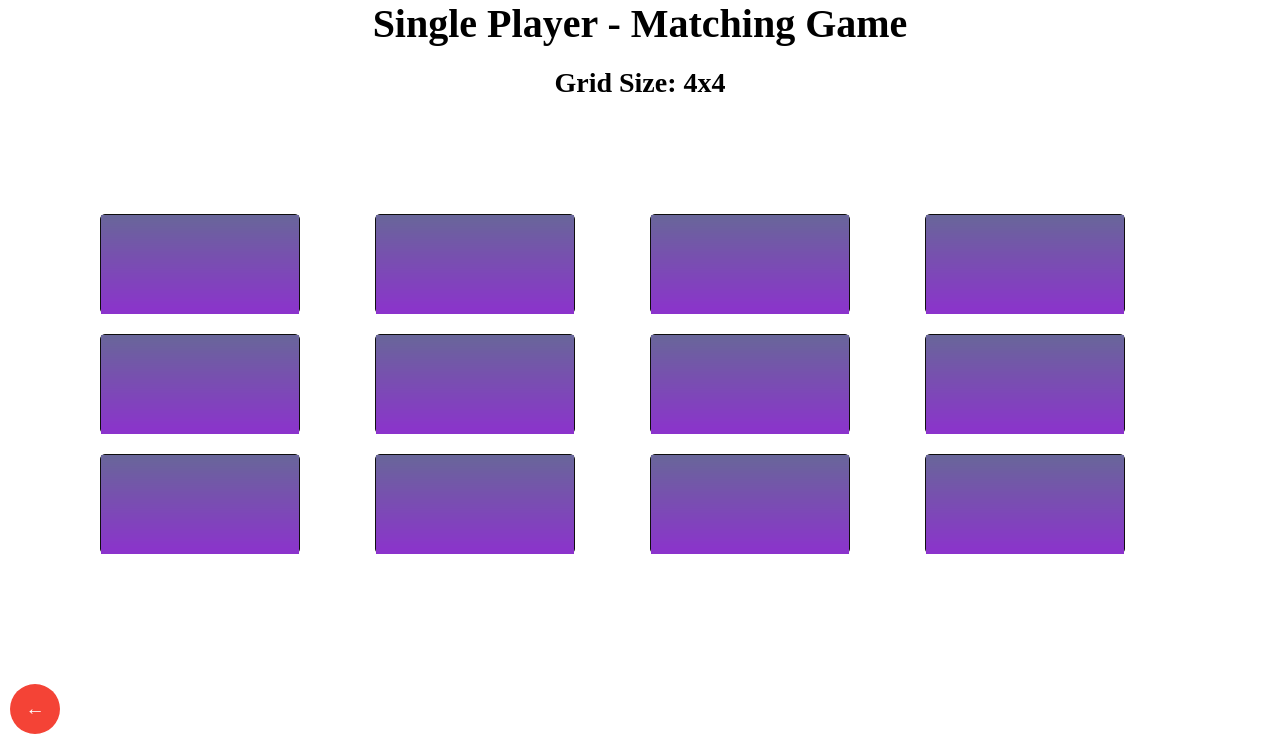
Repository: parnelltse/frontend2-courseproject
Page: /multigame
These files come from the project's save history. The page is drawn as it stood at one moment and after the next save; the edit follows.
The browser window is 1280 px wide. The pictures show the whole page.
The project was rebuilt for these pictures with package versions that can differ from the ones it lists, and the page was loaded fresh each time. Also part of the build but not shown: vite.config.js, src/pages/landing.jsx, src/pages/home.jsx, src/pages/gameoptions.jsx, src/pages/appsettings.jsx, src/pages/profilesettings.jsx, src/pages/gamehistory.jsx, src/pages/singleplayer.jsx and 4 more.

Above is the page before, as saved 2024-11-17 00:58:14.

### src/App.jsx
import React, { useState } from 'react';
import { BrowserRouter as Router, Routes, Route } from 'react-router-dom';
import { Landing } from './pages/landing';
import Home from './pages/home';
import Gameoptions from './pages/gameoptions';
import AppSettings from './pages/appsettings';
import ProfileSettings from './pages/profilesettings';
import GameHistory from './pages/gamehistory'; // Import GameHistory
import SinglePlayer from './pages/singleplayer';
import MultiPlayer from './pages/multiplayer';
import ResumeGame from './pages/resumegame';
import SingleGame from './pages/singlegame';
import MultiGame from './pages/multigame';

function App() {
  const [scores, setScores] = useState([
    { date: '2024-10-19', score: 85, gameMode: 'Single Player' },
    { date: '2024-10-18', score: 90, gameMode: 'Multiplayer' },
    { date: '2024-10-17', score: 75, gameMode: 'Single Player' },
  ]);

  return (
    <Router>
      <Routes>
        <Route path="/" element={<Landing />} />
        <Route path="/home" element={<Home />} />
        <Route path="/gameoptions" element={<Gameoptions />} />
        <Route path="/appsettings" element={<AppSettings />} />
        <Route path="/profilesettings" element={<ProfileSettings />} />
        <Route path="/gamehistory" element={<GameHistory scores={scores} />} /> {/* Pass scores as prop */}
        <Route path="/singleplayer" element={<SinglePlayer />} />
        <Route path="/multiplayer" element={<MultiPlayer />} />
        <Route path="/resumegame" element={<ResumeGame />} />
        <Route path="/singlegame" element={<SingleGame />} />
        <Route path="/multigame" element={<MultiGame />} />
      </Routes>
    </Router>
  );
}

export default App;

### src/pages/multigame.jsx
import React, { useState, useEffect } from "react";
import { useLocation } from "react-router-dom";
import BackButton from "../components/BackButton";
import "../App.css";

const cardImages = [
  "/card-1.png",
  "/card-2.png",
  "/card-3.png",
  "/card-4.png",
  "/card-5.png",
  "/card-6.png",
];

export default function MultiGame() {
	const location = useLocation();
	const { gridSize } = location.state || { gridSize: 4 }; // Default to 4x4

	const totalCards = gridSize * gridSize;

	const [cards, setCards] = useState([]);
	const [flippedCards, setFlippedCards] = useState([]);
	const [gameEnded, setGameEnded] = useState(false);

	useEffect(() => {
	  initializeGame();
	}, [gridSize]);

	const initializeGame = () => {
	  const totalPairs = totalCards / 2;
	  const selectedImages = cardImages.slice(0, totalPairs); // Get unique pairs
	  const shuffledCards = shuffleCards([...selectedImages, ...selectedImages]);

	  setCards(
		shuffledCards.map((image, index) => ({
		  id: index,
		  image,
		  flipped: false,
		  matched: false,
		}))
	  );
	  setFlippedCards([]);
	  setGameEnded(false);
	};

	const shuffleCards = (cards) => {
	  return cards.sort(() => Math.random() - 0.5);
	};

	const handleCardClick = (cardId) => {
	  if (flippedCards.length === 2 || cards.find((card) => card.id === cardId).matched) return;

	  const updatedCards = cards.map((card) =>
		card.id === cardId ? { ...card, flipped: true } : card
	  );
	  setCards(updatedCards);
	  setFlippedCards((prev) => [...prev, cardId]);

	  if (flippedCards.length === 1) {
		const firstCard = cards.find((card) => card.id === flippedCards[0]);
		const secondCard = cards.find((card) => card.id === cardId);

		if (firstCard.image === secondCard.image) {
		  // Match found
		  setTimeout(() => {
			setCards((prev) =>
			  prev.map((card) =>
				card.id === firstCard.id || card.id === secondCard.id
				  ? { ...card, matched: true }
				  : card
			  )
			);
			setFlippedCards([]);
		  }, 500); // Delay to show match
		} else {
		  // No match
		  setTimeout(() => {
			setCards((prev) =>
			  prev.map((card) =>
				card.id === firstCard.id || card.id === secondCard.id
				  ? { ...card, flipped: false }
				  : card
			  )
			);
			setFlippedCards([]);
		  }, 1000); // Delay to flip back
		}
	  }
	};

	useEffect(() => {
	  if (cards.length > 0 && cards.every((card) => card.matched)) {
		setGameEnded(true);
	  }
	}, [cards]);


	return (
		<div className="single-game-container">
      <h1>Single Player - Matching Game</h1>
      <h2>Grid Size: {gridSize}x{gridSize}</h2>

      {gameEnded ? (
        <div>
          <h2>Congratulations! You've matched all the cards!</h2>
          <div className="game-controls">
		  	<BackButton />
			<button onClick={initializeGame}>Play Again</button>
		  </div>
        </div>
      ) : (
		<div>
			<div
			className="game-grid"
			style={{
				gridTemplateColumns: `repeat(${gridSize}, 1fr)`,
				gridTemplateRows: `repeat(${gridSize}, 1fr)`,
			}}
			>
			{cards.map((card) =>
				card.matched ? null : (
				<div
					key={card.id}
					className="game-item"
					onClick={() => handleCardClick(card.id)}
				>
					<img
					src={card.flipped ? card.image : "/back.png"}
					alt="Card"
					className="card-image"
					/>
				</div>
				)
			)}
			</div>
			<BackButton />
		</div>
      )}
    </div>
	);
}

### src/App.css
/* General Reset */
* {
	margin: 0;
	padding: 0;
	box-sizing: border-box;
}

/* Home page */
.container {
	align-items: center; /* Center the items horizontally */
	justify-content: center; /* Center the items vertically */
	min-height: 100vh; /* Full viewport height */
	background-color: #e3f2fd; /* Light blue background color */
	padding: 20px; /* Padding around content */
	padding-top: 15vh;
}

header {
	text-align: center;
	margin-bottom: 40px; /* Space below header */
	margin: auto;
}

button {
	background-color: #1e88e5; /* Button background color */
	color: white; /* White text color */
	border: none; /* Remove border */
	border-radius: 5px; /* Rounded corners */
	padding: 10px; /* Padding for buttons */
	cursor: pointer; /* Pointer cursor */
	transition: background-color 0.3s; /* Smooth background transition */
	width: 200px; /* Fixed width for all buttons */
	height: 50px; /* Fixed height for all buttons */
	font-size: 1rem; /* Font size for button text */
	margin: 10px; /* Space between buttons */
}

button:hover {
	background-color: #1565c0; /* Darker button color on hover */
}

.button-container {
	display: flex; /* Use flexbox for button alignment */
	flex-direction: column; /* Stack buttons vertically */
	align-items: center; /* Center buttons horizontally */
}

.title {
	font-size: 2.5rem; /* Title font size */
	text-align: center; /* Center the title text */
	margin-bottom: 20px; /* Space below title */
}

.profile-button {
	background-color: #6200ea; /* Primary color */
	color: white; /* White text */
	border: none; /* Remove border */
	border-radius: 5px; /* Rounded corners */
	padding: 10px 20px; /* Button padding */
	font-size: 24px; /* Font size */
	cursor: pointer; /* Pointer cursor on hover */
	transition: background-color 0.3s; /* Smooth background transition */
	width: 200px; /* Ensure the width matches other buttons */
	height: 50px; /* Ensure the height matches other buttons */
	margin-top: 100px;
}

.profile-button:hover {
	background-color: #3700b3; /* Darker shade on hover */
}

.button-container {
	display: flex;
	gap: 20px; /* Space between buttons */
}

.play-button,
.settings-button {
	background-color: #03dac6; /* Secondary color */
	border: none;
	border-radius: 5px;
	padding: 15px 25px; /* Button padding */
	font-size: 1.5rem; /* Font size */
	cursor: pointer; /* Pointer cursor on hover */
	transition: background-color 0.3s; /* Smooth background transition */
	align-items: center;
	text-align: center;
}

.play-button {
	color: rgb(74, 96, 86); /* darker text */
}

.settings-button {
	color: white; /* white text */
}

.play-button:hover {
	background-color: #018786; /* Darker shade on hover */
	color: white; /* white text */

}

.settings-button {
	background-color: #ff5722; /* Different color for settings */
}

.settings-button:hover {
	background-color: #c41c00; /* Darker shade on hover */
}

/* Typography */
h1 {
	font-size: 2.5rem;
	text-align: center;
	margin-bottom: 20px;
}

h2 {
	font-size: 1.75rem;
	text-align: center;
	margin-bottom: 15px;
}

/* Button Styles */
button {
	background-color: #6200ea;
	color: white;
	padding: 10px 20px;
	border: none;
	border-radius: 5px;
	cursor: pointer;
	margin: 10px;
	transition: background-color 0.3s ease;
}

button:hover {
	background-color: #3700b3;
}

/* Form Input Styles */
input[type="text"],
input[type="password"],
input[type="number"] {
	width: 100%;
	padding: 10px;
	margin: 10px 0;
	box-sizing: border-box;
	border: 2px solid #ccc;
	border-radius: 4px;
}

form {
	max-width: 400px;
	margin: 20px auto;
	display: flex;
	flex-direction: column;
}

/* Back Button */
button.back-btn {
	background-color: #f44336;
	color: white;
	border-radius: 50%;
	width: 50px;
	height: 50px;
	display: flex;
	justify-content: center;
	align-items: center;
	font-size: 1.2rem;
}

button.back-btn:hover {
	background-color: #e53935;
}

/* App Settings */
.app-settings {
	display: flex;
	flex-direction: column;
	justify-content: center;
	align-items: center;
	padding: 20px;
	text-align: center;
	min-height: 100vh;
	padding-top: 20vh;
}

.setting-bottons {
	display: flex;
	justify-content: center;
	flex-direction: column;
	margin: auto;
	align-items: center;
}

.theme-toggle {
	background-color: #333;
	color: white;
	padding: 10px;
	border-radius: 5px;
	cursor: pointer;
}

.theme-toggle:hover {
	background-color: #555;
}

/* Game Options */
.game-options {
	display: flex;
	flex-direction: column;
	align-items: center;
	margin: 20px;
}

button.grid-size {
	background-color: #2196f3;
	margin: 5px;
}

button.grid-size:hover {
	background-color: #1976d2;
}

/* single and multiplayer pages */
img {
	max-width: 100%;
	height: auto;
	display: block;
	margin: 0 auto;
}

.game-grid {
	display: grid;
	justify-content: center; /* Center the grid */
	gap: 20px; /* Space between cards */
	padding: 100px 100px 0 100px;
	grid-template-columns: repeat(auto-fit, minmax(100px, 1fr)); /* Auto-adjust columns */
  }

.game-item {
	background-color: #c5d9e8; /* Background color for game items */
	border: 1px solid #100f0f; /* Border for each game item */
	border-radius: 5px; /* Rounded corners */
	display: flex; /* Center content */
	align-items: center; /* Center content vertically */
	justify-content: center; /* Center content horizontally */
	height: 100px; /* Fixed height for game items */
	width: 200px;
	font-size: 1.2em; /* Font size for game item text */
}

/* history page */

.history-container {
	display: flex;
	flex-direction: column;
	align-items: center;
	justify-content: center;
	min-height: 100vh; /* Full viewport height */
	background-color: #f9f9f9; /* Light background color */
	padding: 20px; /* Padding around content */
}

.history-title {
	font-size: 2.5rem; /* Title font size */
	color: #333; /* Darker text color */
	margin-bottom: 10px; /* Space below title */
}

.history-description {
	font-size: 1.2rem; /* Description font size */
	color: #666; /* Slightly lighter text color */
	text-align: center; /* Center-align description */
	margin-bottom: 30px; /* Space below description */
}

.score-table {
	width: 100%;
	max-width: 600px; /* Max width for the table */
	margin: 0 auto; /* Center the table */
	background-color: white; /* White background for the table */
	border-radius: 8px; /* Rounded corners */
	box-shadow: 0 4px 8px rgba(0, 0, 0, 0.1); /* Subtle shadow */
	overflow: hidden; /* Ensure rounded corners apply */
}

table {
	width: 100%; /* Full width of the table */
	border-collapse: collapse; /* Remove space between table cells */
}

th,
td {
	padding: 15px; /* Cell padding */
	text-align: left; /* Align text to the left */
	border-bottom: 1px solid #e0e0e0; /* Bottom border for rows */
}

th {
	background-color: #6200ea; /* Header background color */
	color: white; /* White text for header */
}

tr:hover {
	background-color: #f1f1f1; /* Highlight row on hover */
}

.back-button {
	margin-top: 20px; /* Space above the back button */
}

/* profile settings page*/

.profile-settings-container {
	display: flex;
	flex-direction: column;
	align-items: center;
	justify-content: center;
	min-height: 100vh; /* Full viewport height */
	background-color: #f9f9f9; /* Light background color */
	padding: 20px; /* Padding around content */
}

.profile-settings-title {
	font-size: 2.5rem; /* Title font size */
	color: #333; /* Darker text color */
	margin-bottom: 20px; /* Space below title */
}

.submitted-username {
	font-size: 1.5rem; /* Font size for submitted username */
	color: #6200ea; /* Color for submitted username */
	margin-bottom: 20px; /* Space below username display */
}

.profile-settings-form {
	display: flex;
	flex-direction: column;
	align-items: center; /* Center align the form elements */
	margin-bottom: 20px; /* Space below the form */
}

.username-input {
	padding: 10px; /* Padding for input */
	font-size: 1rem; /* Font size for input */
	border: 1px solid #ccc; /* Border for input */
	border-radius: 4px; /* Rounded corners */
	margin-bottom: 10px; /* Space below input */
	width: 100%; /* Full width */
	max-width: 300px; /* Max width for input */
}

.save-button {
	padding: 10px 20px; /* Padding for button */
	background-color: #6200ea; /* Button background color */
	color: white; /* Button text color */
	border: none; /* Remove border */
	border-radius: 4px; /* Rounded corners */
	cursor: pointer; /* Pointer cursor on hover */
	font-size: 1rem; /* Font size for button */
}

.save-button:hover {
	background-color: #3700b3; /* Darker button color on hover */
}

.navigation-buttons {
	display: flex;
	gap: 10px; /* Space between navigation buttons */
}

.scores-button {
	padding: 10px 20px; /* Padding for button */
	background-color: #03dac6; /* Button background color */
	color: white; /* Button text color */
	border: none; /* Remove border */
	border-radius: 4px; /* Rounded corners */
	cursor: pointer; /* Pointer cursor on hover */
	font-size: 1rem; /* Font size for button */
}

.scores-button:hover {
	background-color: #018786; /* Darker button color on hover */
}

/* game options page */

.game-options-container {
	display: flex;
	flex-direction: column;
	align-items: center;
	justify-content: center;
	min-height: 100vh; /* Full viewport height */
	background-color: #f0f4f8; /* Light background color */
	padding: 20px; /* Padding around content */
}

.game-options-title {
	font-size: 2.5rem; /* Title font size */
	color: #333; /* Darker text color */
	margin-bottom: 40px; /* Space below title */
}

.game-options-buttons {
	display: flex;
	flex-direction: column; /* Arrange buttons vertically */
	gap: 15px; /* Space between buttons */
}

.game-option-button {
	padding: 15px 30px; /* Padding for buttons */
	font-size: 1.2rem; /* Font size for buttons */
	background-color: #6200ea; /* Button background color */
	color: white; /* Button text color */
	border: none; /* Remove border */
	border-radius: 5px; /* Rounded corners */
	cursor: pointer; /* Pointer cursor on hover */
	transition: background-color 0.3s; /* Smooth background transition */
	width: 100%; /* Full width */
	max-width: 300px; /* Max width for buttons */
}

.game-option-button:hover {
	background-color: #3700b3; /* Darker button color on hover */
}

/* create account page */

.create-container {
	display: flex;
	flex-direction: column;
	align-items: center;
	justify-content: center;
	min-height: 100vh; /* Full viewport height */
	background-color: #f0f4f8; /* Light background color */
	padding: 20px; /* Padding around content */
}

.create-header {
	text-align: center; /* Center header text */
	margin-bottom: 40px; /* Space below header */
}

.create-header h1 {
	font-size: 2.5rem; /* Title font size */
	color: #000000; /* Primary color for title */
}

.create-header h2 {
	font-size: 1.5rem; /* Subtitle font size */
	color: #333; /* Darker color for subtitle */
	margin-top: 10px; /* Space above subtitle */
}

.create-container > * {
	margin: 10px 0; /* Space between elements */
}

.back-button {
	margin-top: 20px; /* Space above back button */
	background-color: #6200ea; /* Match primary color */
	color: white; /* White text color */
	border: none; /* Remove border */
	border-radius: 5px; /* Rounded corners */
	padding: 10px 20px; /* Padding for button */
	cursor: pointer; /* Pointer cursor */
	transition: background-color 0.3s; /* Smooth background transition */
}

.back-button:hover {
	background-color: #3700b3; /* Darker button color on hover */
}

/* login page */
.login-container {
	align-items: flex-start;
	justify-content: center;
	min-height: 100vh; /* Full viewport height */
	background-color: #ede3fd; /* Light blue background color */
	padding-top: 20vh;
}

.login-header {
	text-align: center; /* Center header text */
	margin-bottom: 40px; /* Space below header */
}

.login-header h1 {
	font-size: 2.5rem; /* Title font size */
	color: #3700b3; /* Primary color for title */
}

.login-header h2 {
	font-size: 1.5rem; /* Subtitle font size */
	color: #424242; /* Darker color for subtitle */
	margin-top: 10px; /* Space above subtitle */
}

.account-form {
	width: 100%; /* Full width for the form */
	max-width: 400px; /* Maximum width for the form */
	background-color: white; /* White background for form */
	border-radius: 8px; /* Rounded corners */
	box-shadow: 0 2px 10px rgba(0, 0, 0, 0.1); /* Subtle shadow */
	padding: 20px; /* Padding inside the form */
}

button {
	background-color: #6200ea; /* Match primary color */
	color: white; /* White text color */
	border: none; /* Remove border */
	border-radius: 5px; /* Rounded corners */
	padding: 10px 20px; /* Padding for button */
	cursor: pointer; /* Pointer cursor */
	transition: background-color 0.3s; /* Smooth background transition */
}

button:hover {
	background-color: #3700b3; /* Darker button color on hover */
}

.account-form input {
	margin: 10px 0; /* Space between inputs */
	padding: 10px; /* Padding for inputs */
	border: 1px solid #ccc; /* Light border for inputs */
	border-radius: 5px; /* Rounded corners for inputs */
	width: 100%; /* Full width for inputs */
}

### src/components/BackButton.jsx
import React from "react";
import { useNavigate } from "react-router-dom";

export default function BackButton() {
	const navigate = useNavigate();

	return (
		<button className="back-btn" onClick={() => navigate(-1)}>
			&#x2190;
		</button>
	);
}

Loaded but not shown: index.html (common file); src/main.jsx (common file)

After the next save:
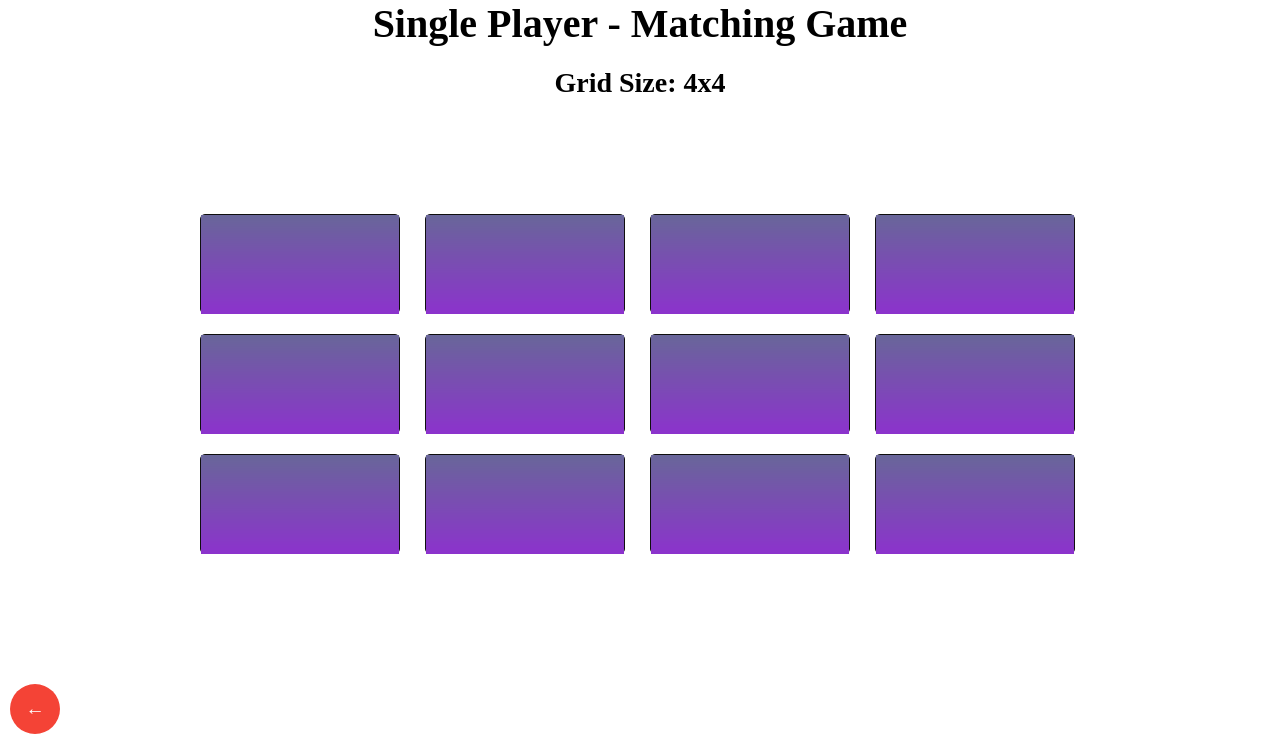
Saved 10 s later.
--- a/src/App.css
+++ b/src/App.css
@@ -235,7 +235,7 @@
 	display: grid;
 	justify-content: center; /* Center the grid */
 	gap: 20px; /* Space between cards */
-	padding: 100px 100px 0 100px;
+	padding: 100px 200px 0 200px;
 	grid-template-columns: repeat(auto-fit, minmax(100px, 1fr)); /* Auto-adjust columns */
   }
 

After the save that followed:
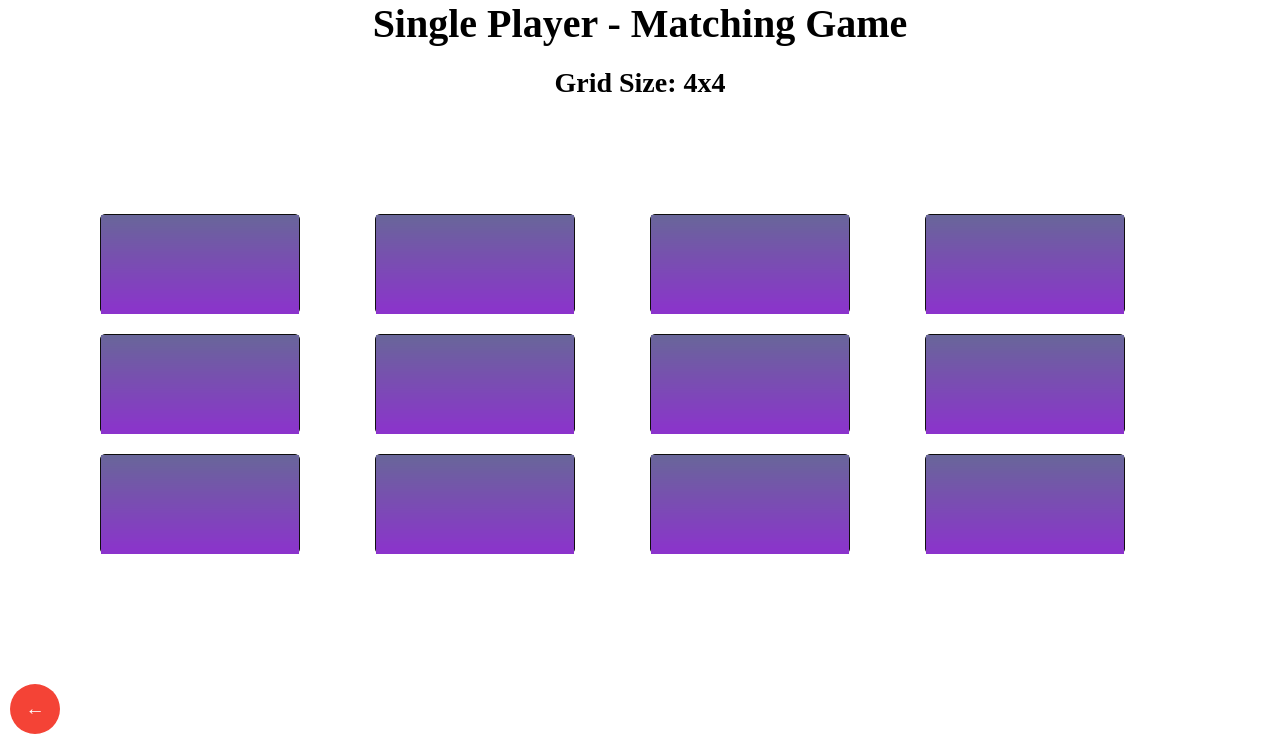
Saved 30 s later.
--- a/src/App.css
+++ b/src/App.css
@@ -235,8 +235,9 @@
 	display: grid;
 	justify-content: center; /* Center the grid */
 	gap: 20px; /* Space between cards */
-	padding: 100px 200px 0 200px;
+	padding: 100px 100px 0 100px;
 	grid-template-columns: repeat(auto-fit, minmax(100px, 1fr)); /* Auto-adjust columns */
+	margin-bottom: 0;
   }
 
 .game-item {
